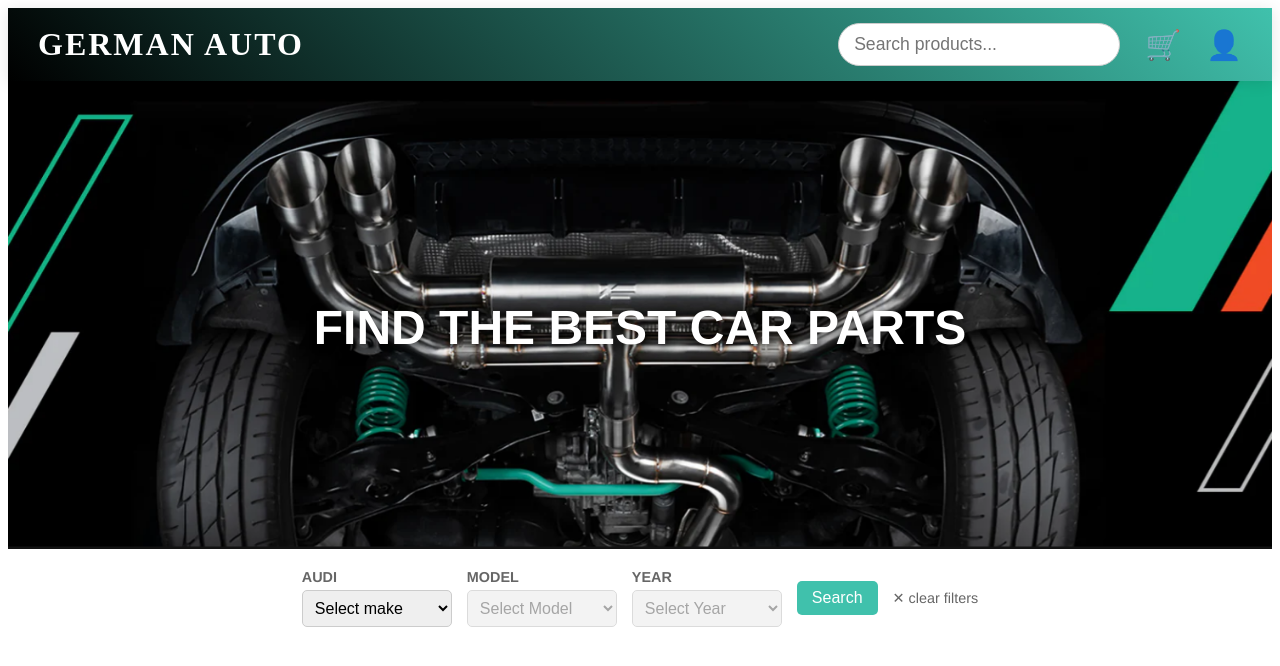
Repository: KalebMalone/The-parts-connection
Page: / (app in client/)
An editor plug-in stored every save of this project. The page is shown before and after the next save, followed by the edit.
The browser window is 1280 px wide. The pictures show the whole page.
The project was rebuilt for these pictures with package versions that can differ from the ones it lists, and the page was loaded fresh each time. Also part of the build but not shown: client/src/components/category/CategoriesList.jsx, client/src/components/category/CategoryDetails.jsx, client/src/components/category/CategoryProducts.jsx, client/src/components/products/ProductsCard.jsx, client/src/components/products/ProductsContainer.jsx, client/src/components/products/ProductsList.jsx, client/src/components/products/ProductsDetails.jsx, client/src/components/users/profile.jsx and 2 more.

Above is the page before, as saved 2025-01-02 15:28:24.

After the next save:
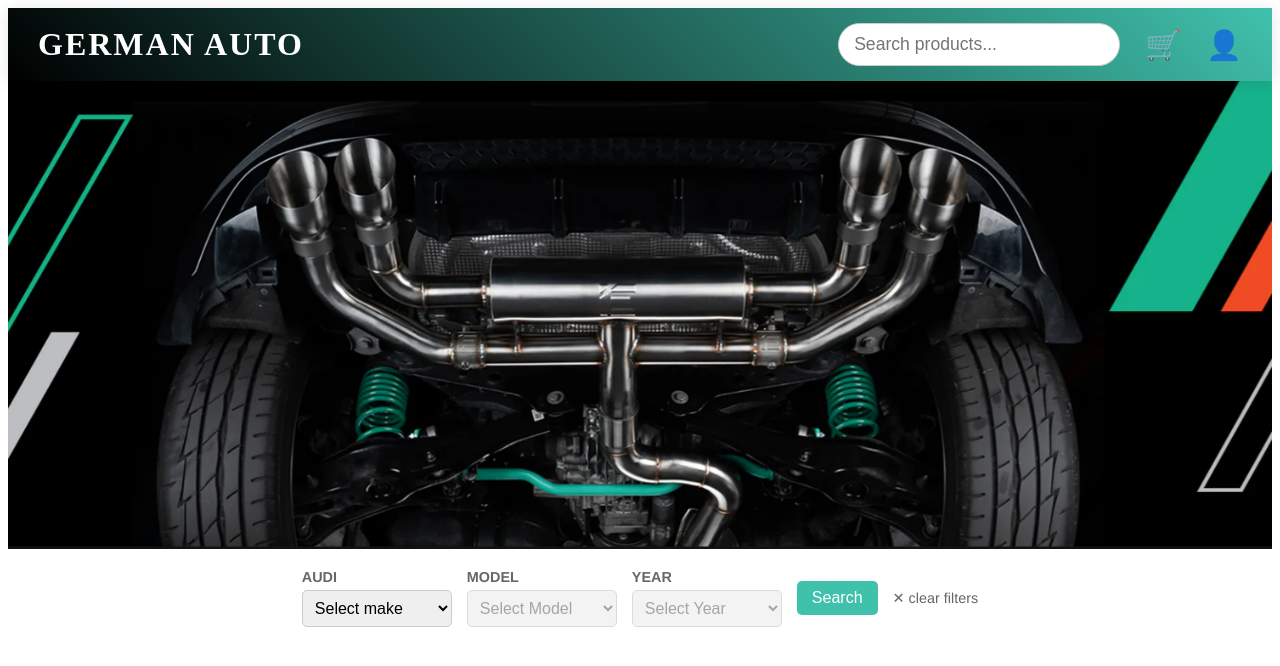
Saved 32 s later.
--- a/client/src/components/pages/Home.js
+++ b/client/src/components/pages/Home.js
@@ -145,7 +145,7 @@ const Home = () => {
         <Container>
             <HeroSection>
                 <div>
-                    <HeroTitle>Find the Best Car Parts</HeroTitle>
+                    <HeroTitle></HeroTitle>
                 </div>
             </HeroSection>
 
